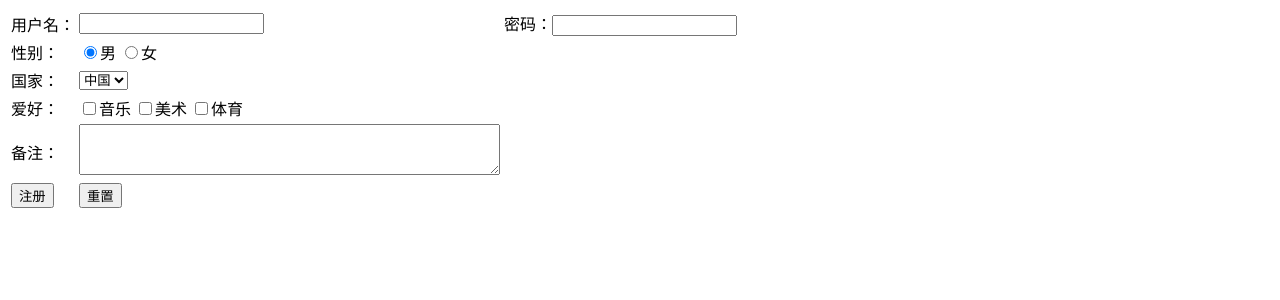
Repository: Lansefanggezi/JavaWeb
Page: HelloServlet/WebContent/Register.html
The author's editor kept a copy of each file at every save. The page is drawn from the files as they stood at one save, then again after the next save.
The browser window is 1280 px wide. The pictures show the whole page.

Above is the page before, as saved 2018-03-29 08:44:40.

### HelloServlet/WebContent/Register.html
<!DOCTYPE html>
<html>
<head>
<meta charset="UTF-8">
<title>Register</title>
</head>
<body>
	<form action="RegisterServlet" method="post" name="action1">
	<table style="">
	<tr>
		<td >
			用户名：
			</td>
		<td><input type="text" name="userName" >

			<td>密码：<input type="password" name="password">
		</td>
	</tr>
	<tr>
		<td>
			性别：
		</td>
			<td>
			 <input type="radio" name="sex" value="男" checked>男
				<input type="radio" name="sex" value="女">女
				</td>
		</tr>
		<tr>
		<td>
		国家：</td><td><select name="country">
				<option value="zhongguo">中国</option>
				<option value="riben">日本</option>
				<option value="chaoxian">朝鲜</option>
			</select>
		</td>
		</tr>
		<tr><td>爱好：</td>
		<td> <input type="checkbox" name="likes" value="音乐">音乐
				<input type="checkbox" name="likes" value="美术">美术
				<input type="checkbox" name="likes" value="体育">体育
			</td>
			</tr>
			<tr>
			<td>
		备注：</td>
		<td><textarea rows="3" cols="50" name="remark" ></textarea>
		</td>
		</tr>
		<tr>
		<td>
		<input type="submit" value="注册" >
		</td>
		<td>
		<input type="reset" value="重置">
		</td>
		</tr>
		</table>
	</form>
</body>
</html>

After the next save:
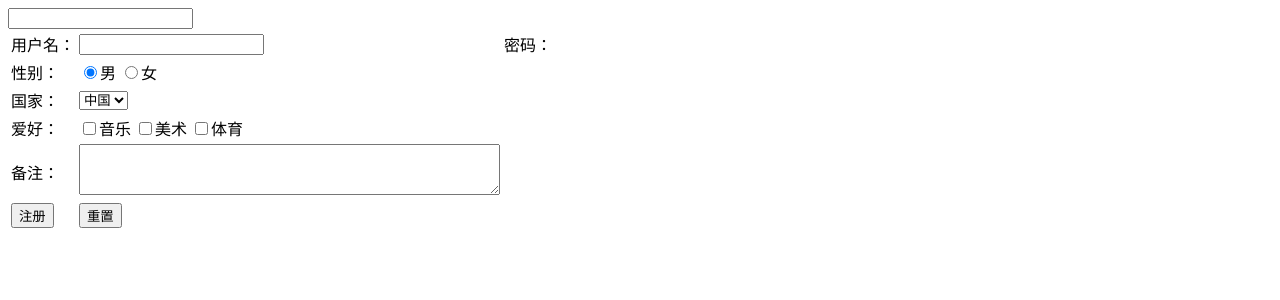
Saved 12 s later.
--- a/HelloServlet/WebContent/Register.html
+++ b/HelloServlet/WebContent/Register.html
@@ -13,7 +13,7 @@
 			</td>
 		<td><input type="text" name="userName" >
 
-			<td>密码：<input type="password" name="password">
+			<td>密码：</td> <input type="password" name="password">
 		</td>
 	</tr>
 	<tr>
